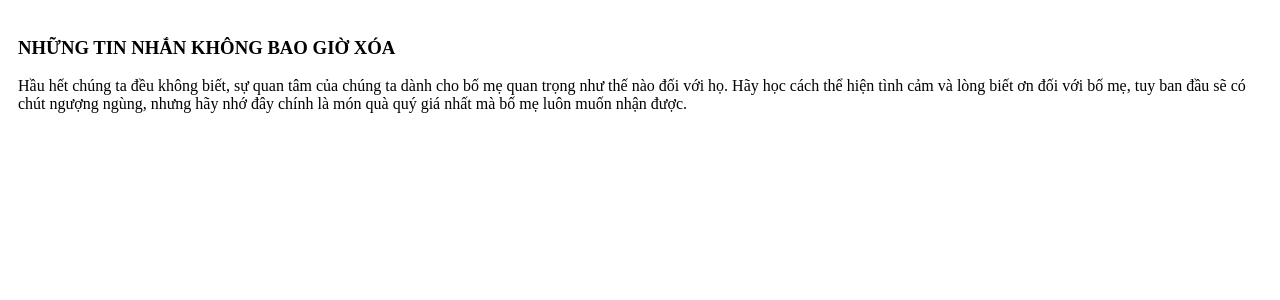
Repository: Tan-Khang21/TH_TKW--Buoi_06
Page: Bai_Tap_Mau/Bai_01/Css1.html
These files come from the project's save history. The page is drawn as it stood at one moment and after the next save; the edit follows.
The browser window is 1280 px wide. The pictures show the whole page.

Above is the page before, as saved 2024-03-11 15:53:43.

### Bai_Tap_Mau/Bai_01/Css1.html
<!DOCTYPE html>
<html lang="en">
  <head>
    <meta charset="UTF-8" />
    <meta name="viewport" content="width=device-width, initial-scale=1.0" />
    <title>Document</title>
  </head>
  <body>
    <div>
      <div style="padding: 10px; padding-bottom: 20px">
        <h3>NHỮNG TIN NHẮN KHÔNG BAO GIỜ XÓA</h3>
        <p>
          Hầu hết chúng ta đều không biết, sự quan tâm của chúng ta dành cho bố
          mẹ quan trọng như thế nào đối với họ. Hãy học cách thể hiện tình cảm
          và lòng biết ơn đối với bố mẹ, tuy ban đầu sẽ có chút ngượng ngùng,
          nhưng hãy nhớ đây chính là món quà quý giá nhất mà bố mẹ luôn muốn
          nhận được.
        </p>
      </div>
    </div>
  </body>
</html>

After the next save:
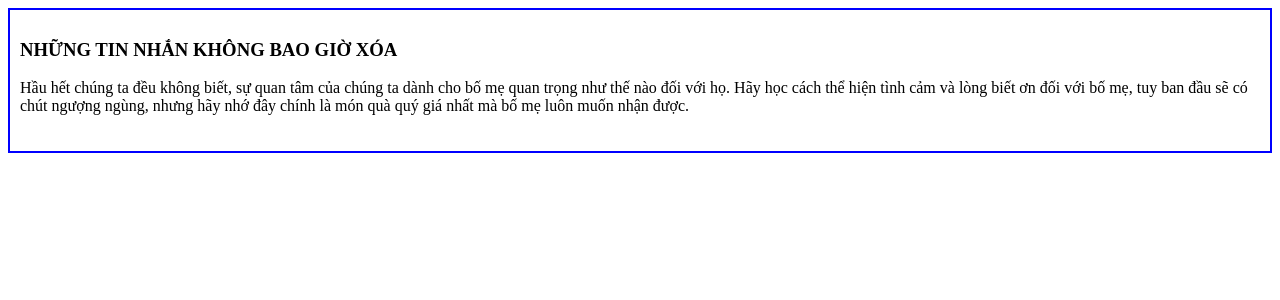
Saved 48 s later.
--- a/Bai_Tap_Mau/Bai_01/Css1.html
+++ b/Bai_Tap_Mau/Bai_01/Css1.html
@@ -7,7 +7,7 @@
   </head>
   <body>
     <div>
-      <div style="padding: 10px; padding-bottom: 20px">
+      <div style="padding: 10px; padding-bottom: 20px; border: 2px solid blue">
         <h3>NHỮNG TIN NHẮN KHÔNG BAO GIỜ XÓA</h3>
         <p>
           Hầu hết chúng ta đều không biết, sự quan tâm của chúng ta dành cho bố
